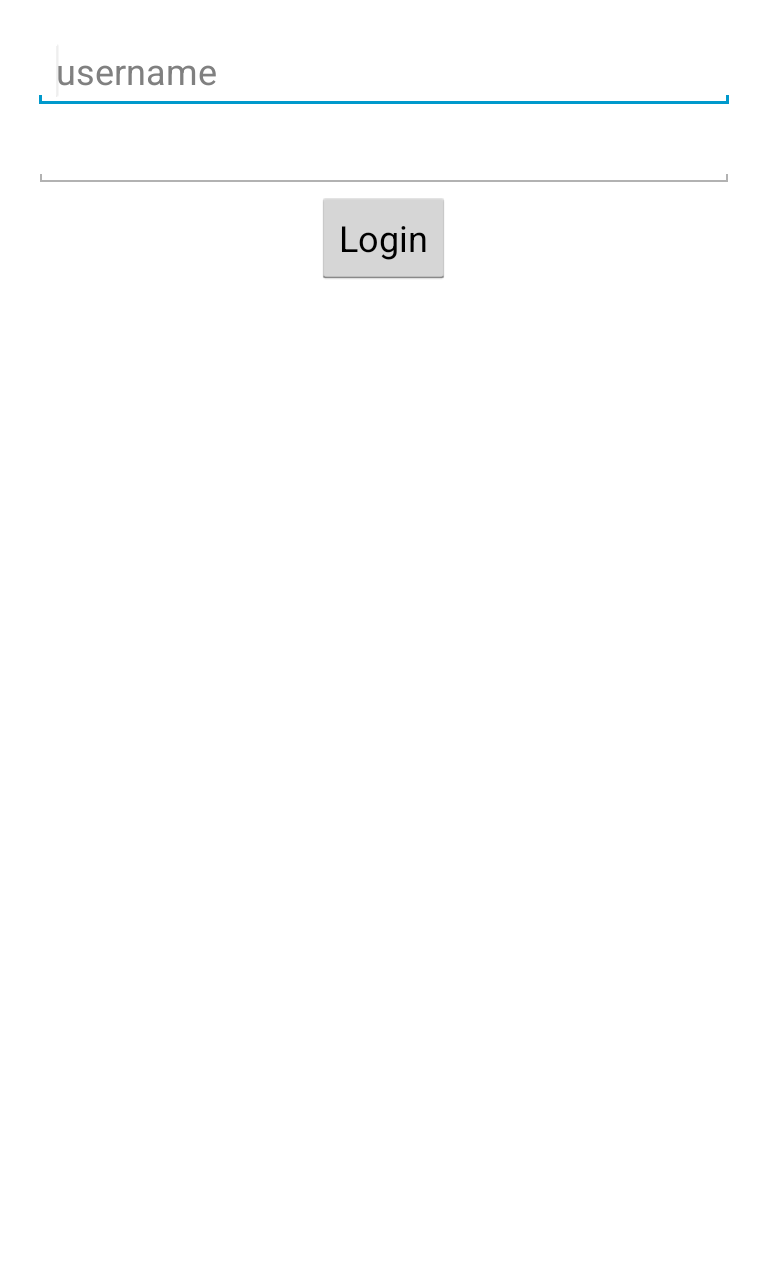
Repository: andrea-scarcella/appsterdam-volley-workshop
Layout: Wall-Fase1/res/layout/activity_login.xml
The author's editor kept a copy of each file at every save. The layout is drawn from the files as they stood at one save, then again after the next save.
It is drawn on a 768 x 1280 px phone screen (xhdpi) without system bars, with theme AppTheme; the app's code is not run.

Above is the layout before, as saved 2013-11-09 09:06:10.

### Wall-Fase1/res/layout/activity_login.xml
<LinearLayout xmlns:android="http://schemas.android.com/apk/res/android"
    xmlns:tools="http://schemas.android.com/tools"
    android:layout_width="match_parent"
    android:layout_height="match_parent"
    android:padding="@dimen/view_padding"
    android:orientation="vertical"
    android:gravity="center|top"
    tools:context=".LoginActivity" >

    <EditText
        android:id="@+id/editText1"
        android:layout_width="match_parent"
        android:layout_height="wrap_content"
        android:hint="username"
        android:ems="10" >

        <requestFocus />
    </EditText>

    <EditText
        android:id="@+id/editText2"
        android:layout_width="match_parent"
        android:layout_height="wrap_content"
        android:ems="10"
        android:inputType="textPassword" />

    <Button
        android:id="@+id/button1"
        android:layout_width="wrap_content"
        android:layout_height="wrap_content"
        android:text="Login" />

</LinearLayout>

### Wall-Fase1/res/values/dimens.xml
<resources>

    <!-- Default screen margins, per the Android Design guidelines. -->

    <dimen name="view_padding">16dp</dimen>
    <dimen name="user_image">100dp</dimen>
    <dimen name="edittextsize">150dp</dimen>

</resources>

Loaded but not shown: Wall-Fase1/res/values/styles.xml (common file); Wall-Fase1/res/values-v11/styles.xml (common file); Wall-Fase1/res/values-v14/styles.xml (common file)

After the next save:
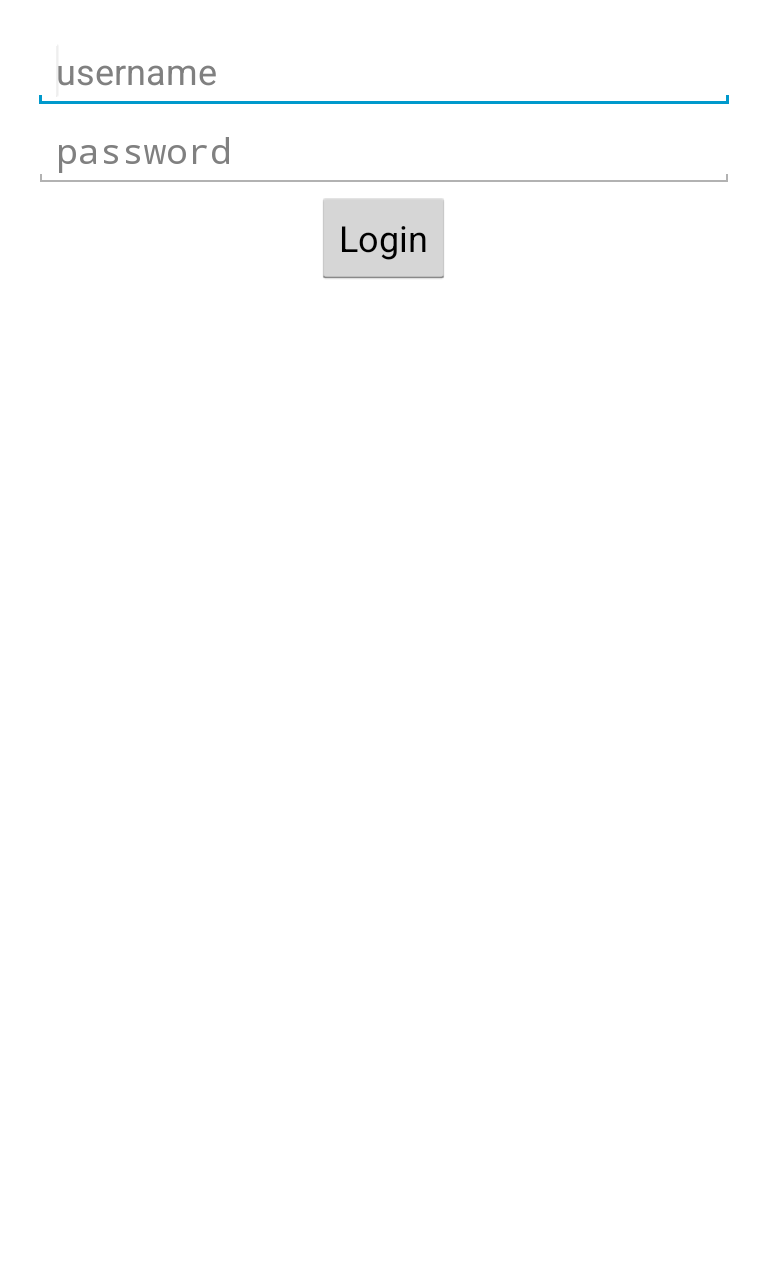
Saved 15 s later.
--- a/Wall-Fase1/res/layout/activity_login.xml
+++ b/Wall-Fase1/res/layout/activity_login.xml
@@ -22,6 +22,7 @@
         android:layout_width="match_parent"
         android:layout_height="wrap_content"
         android:ems="10"
+        android:hint="password"
         android:inputType="textPassword" />
 
     <Button
